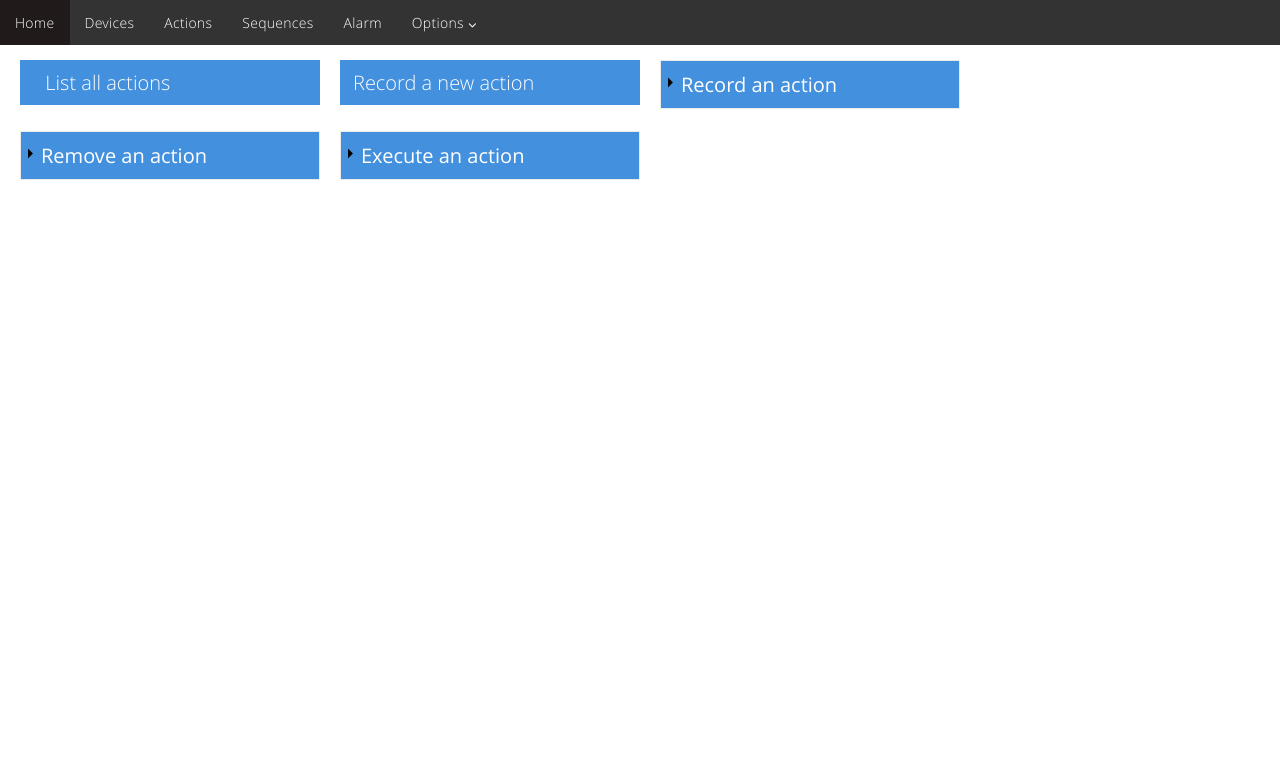
Repository: Pietvergiet/RPiProject
Page: http://localhost/RPi/Action.jsp
The author's editor kept a copy of each file at every save. The page is drawn from the files as they stood at one save, then again after the next save.
The browser window is 1280 px wide. The pictures show the whole page.
The page is served by Tomcat 9. Nobody is signed in. The application's start-up code is not run. Other server files are loaded and not shown.

Above is the page before, as saved 2014-10-28 12:41:50.

### RPi/src/main/webapp/Action.jsp
<%@ page language="java" contentType="text/html; charset=ISO-8859-1"
    pageEncoding="ISO-8859-1"%>
<!DOCTYPE html PUBLIC "-//W3C//DTD HTML 4.01 Transitional//EN" "http://www.w3.org/TR/html4/loose.dtd">
<html>
<head>

        <link rel="stylesheet" href="BootstrapMetro/docs/css/metro-bootstrap.css">
        <script src="BootstrapMetro/docs/js/jquery/jquery.min.js"></script>
        <script src="BootstrapMetro/docs/js/jquery/jquery.widget.min.js"></script>
        <script src="BootstrapMetro/min/metro.min.js"></script>
        <link rel="shortcut icon" href="images/remote_control.ico" />
	    <title>SuperRemotely</title>

</head>
<body class="metro">
<!-- Header -->
<nav class="navigation-bar dark fixed-top">
	<nav class="navigation-bar-content">
        <ul class="element-menu">
        	<li><a href="/RPi">Home</a></li>
        	<li><a href="./Devices">Devices</a></li>
        	<li><a href="./Action">Actions</a></li>
        	<li><a href="#Sequence">Sequences</a></li>
        	<li><a href="#Alarm">Alarm</a></li>
        	<li>
                <a class="dropdown-toggle" href="#Options">Options</a>
                <ul class="dropdown-menu dark" data-role="dropdown" style="display: none;">
                	<li><a href="#Time">Set the time</a></li>
                    <li><a href="#Record">Record new action</a></li>
                    <li><a href="#Add">Add a new Device</a></li>
                    <li><a href="#Remove">Remove a device</a></li>
                    <li><a href="#Edit">Remove an action</a></li>
                </ul>
            </li>
    	</ul>
    </nav>
</nav>

<!-- Body -->
<div class="grid" style="margin-left:20px;margin-top:60px">
	<div class="grid">

		<form method="post" action="doAction">
			<div class="row" >
				<div class="span4"><input name="button" class="bg-lightBlue bg-hover-darkBlue fg-white" type="submit" value="List all actions			" style="font-size:20px; height:45px; width:300px;"></div>
				<div class="span4"><input name="button" class="bg-lightBlue bg-hover-darkBlue fg-white" type="submit" value="Record a new action			" style="font-size:20px; height:45px; width:300px;"></div>
				<div class="accordion with-marker span4 place-left" data-role="accordion" data-closeany="false">

					<div class="accordion-frame" style="font-size:20px;">
    					<a class="heading bg-lightBlue fg-white collapsed" href="#">Record an action</a>
       	 				<div class="content" style="display: none;">
        					<p>Fill in the ID of the action <br>that should be added.<p>
        					<p><input name="remDev" type="text" data-state="info"></p>
        					<p>Fill in the name of the action <br>that should be added.<p>
        					<p><input name="remDev" type="text" data-state="info"></p>
        					<p><input name="button" class="bg-lightBlue bg-hover-darkBlue fg-white" type="submit" value="Record" style="font-size:15px; height:50px; width:175px;"></p>
        				</div>
					</div>
				</div>
			</div>
			<div class="row">
				<div class="accordion with-marker span4 place-left" data-role="accordion" data-closeany="false">

					<div class="accordion-frame" style="font-size:20px;">
    					<a class="heading bg-lightBlue fg-white collapsed" href="#">Remove an action</a>
       	 				<div class="content" style="display: none;">
        					<p>Fill in the ID of the action <br>that should be removed.<p>
        					<p><input name="remDev" type="text" data-state="info"></p>
        					<p><input name="button" class="bg-lightBlue bg-hover-darkBlue fg-white" type="submit" value="Remove" style="font-size:15px; height:50px; width:175px;"></p>
        				</div>
					</div>
				</div>
				<div class="accordion with-marker span4 place-left" data-role="accordion" data-closeany="false">

					<div class="accordion-frame" style="font-size:20px;">
    					<a class="heading bg-lightBlue fg-white collapsed" href="#">Execute an action</a>
       	 				<div class="content" style="display: none;">
        					<p>Fill in the ID of the action <br>that should be executed.<p>
        					<p><input name="remDev" type="text" data-state="info"></p>
        					<p><input name="button" class="bg-lightBlue bg-hover-darkBlue fg-white" type="submit" value="Execute" style="font-size:15px; height:50px; width:175px;"></p>
        				</div>
					</div>
				</div>
			</div>
		</form>
	</div>
</div>
</body>
</html>

Loaded but not shown: RPi/src/main/webapp/BootstrapMetro/docs/css/metro-bootstrap.css (library); RPi/src/main/webapp/BootstrapMetro/docs/js/jquery/jquery.min.js (library); RPi/src/main/webapp/BootstrapMetro/docs/js/jquery/jquery.widget.min.js (library); RPi/src/main/webapp/BootstrapMetro/min/metro.min.js (library)

After the next save:
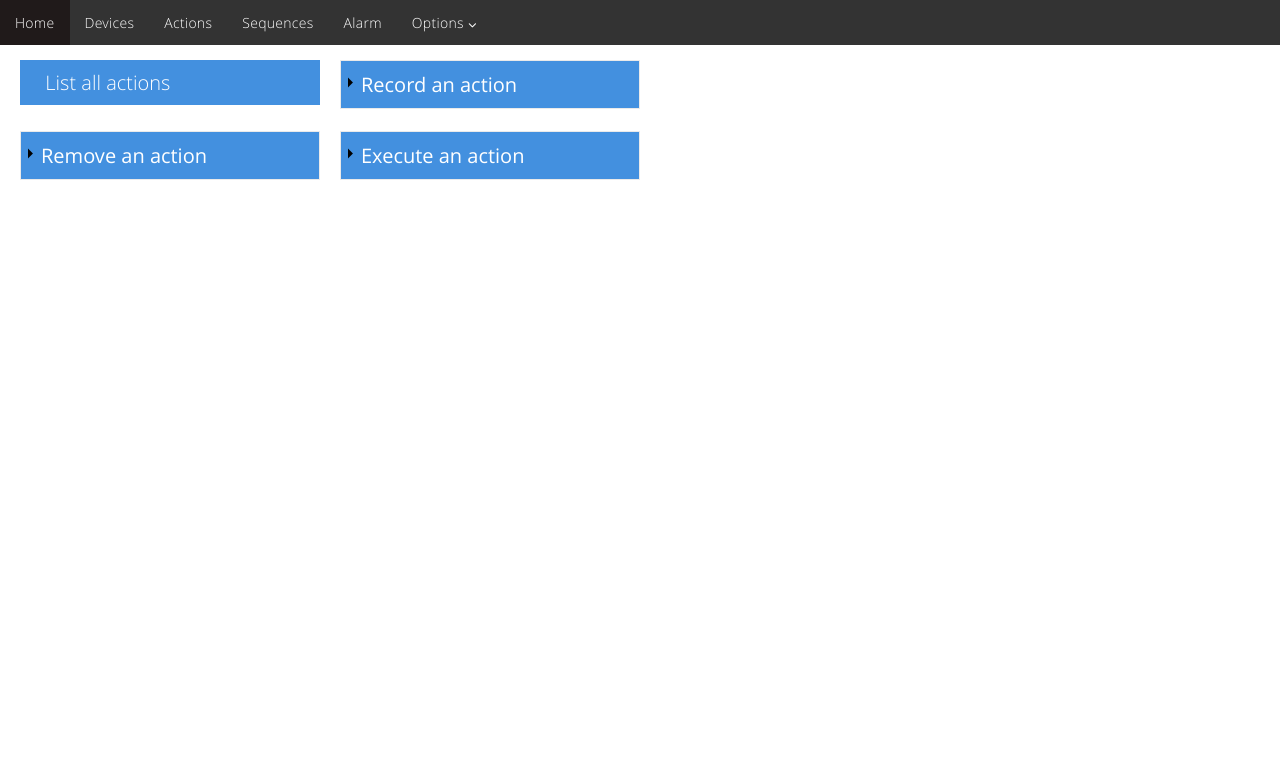
Saved 9 s later.
--- a/RPi/src/main/webapp/Action.jsp
+++ b/RPi/src/main/webapp/Action.jsp
@@ -43,7 +43,6 @@
 		<form method="post" action="doAction">
 			<div class="row" >
 				<div class="span4"><input name="button" class="bg-lightBlue bg-hover-darkBlue fg-white" type="submit" value="List all actions			" style="font-size:20px; height:45px; width:300px;"></div>
-				<div class="span4"><input name="button" class="bg-lightBlue bg-hover-darkBlue fg-white" type="submit" value="Record a new action			" style="font-size:20px; height:45px; width:300px;"></div>
 				<div class="accordion with-marker span4 place-left" data-role="accordion" data-closeany="false">
 
 					<div class="accordion-frame" style="font-size:20px;">
